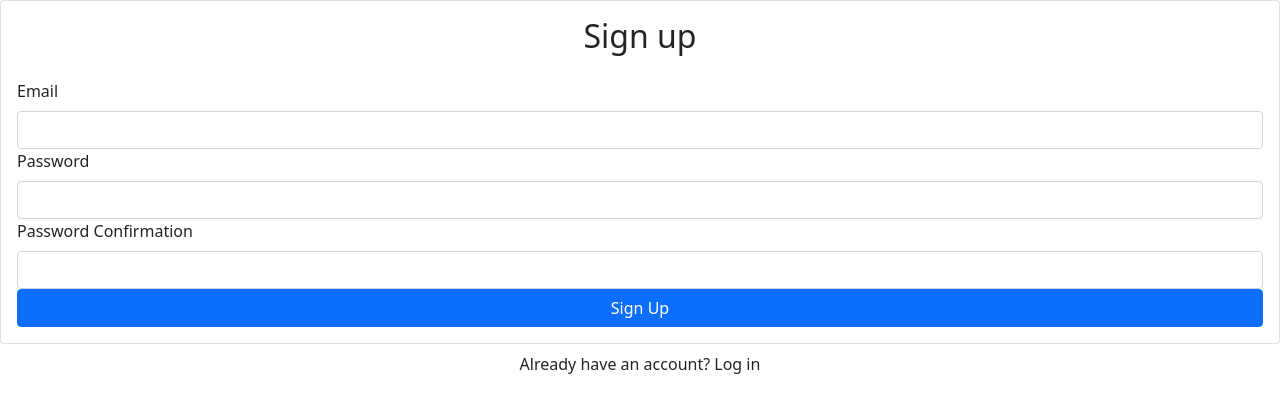
Repository: RickLeinecker/CompositionToday
Page: / (app in frontend/)
These files come from the project's save history. The page is drawn as it stood at one moment and after a run of saves; the edit follows.
The browser window is 1280 px wide. The pictures show the whole page.
The project was rebuilt for these pictures with package versions that can differ from the ones it lists, and the page was loaded fresh each time.

Above is the page before, as saved 2021-11-03 07:45:06.

After the next 2 saves:
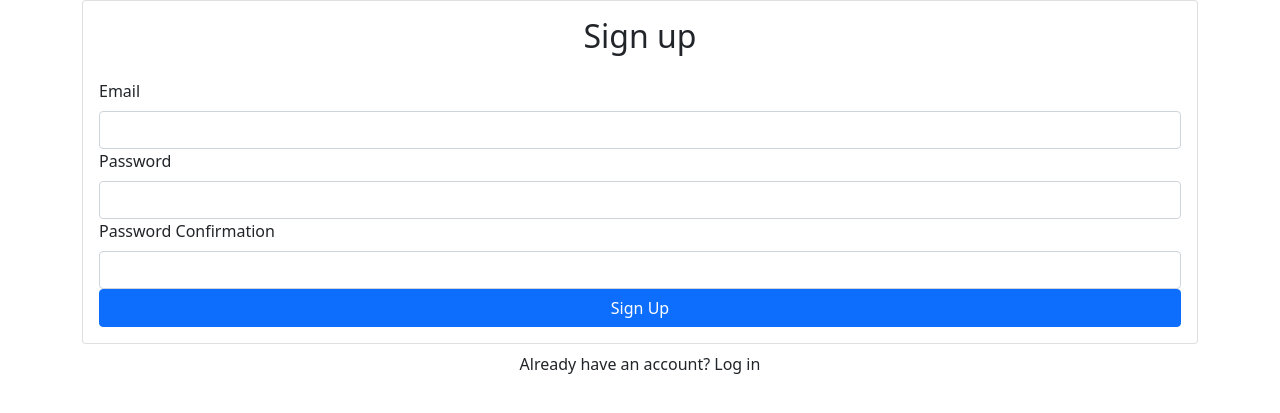
The 2 saves are shown as one change because 1 did not build or start.
The last was saved 82 min 57 s later.
--- a/frontend/src/App.tsx
+++ b/frontend/src/App.tsx
@@ -1,8 +1,13 @@
 import Signup from './Signup'
 import "bootstrap/dist/css/bootstrap.min.css";
+import { Container } from 'react-bootstrap';
 
 function App() {
-  return <Signup/>
+  return(
+    <Container>
+      <Signup/>
+    </Container>
+  )
 }
 
 export default App
